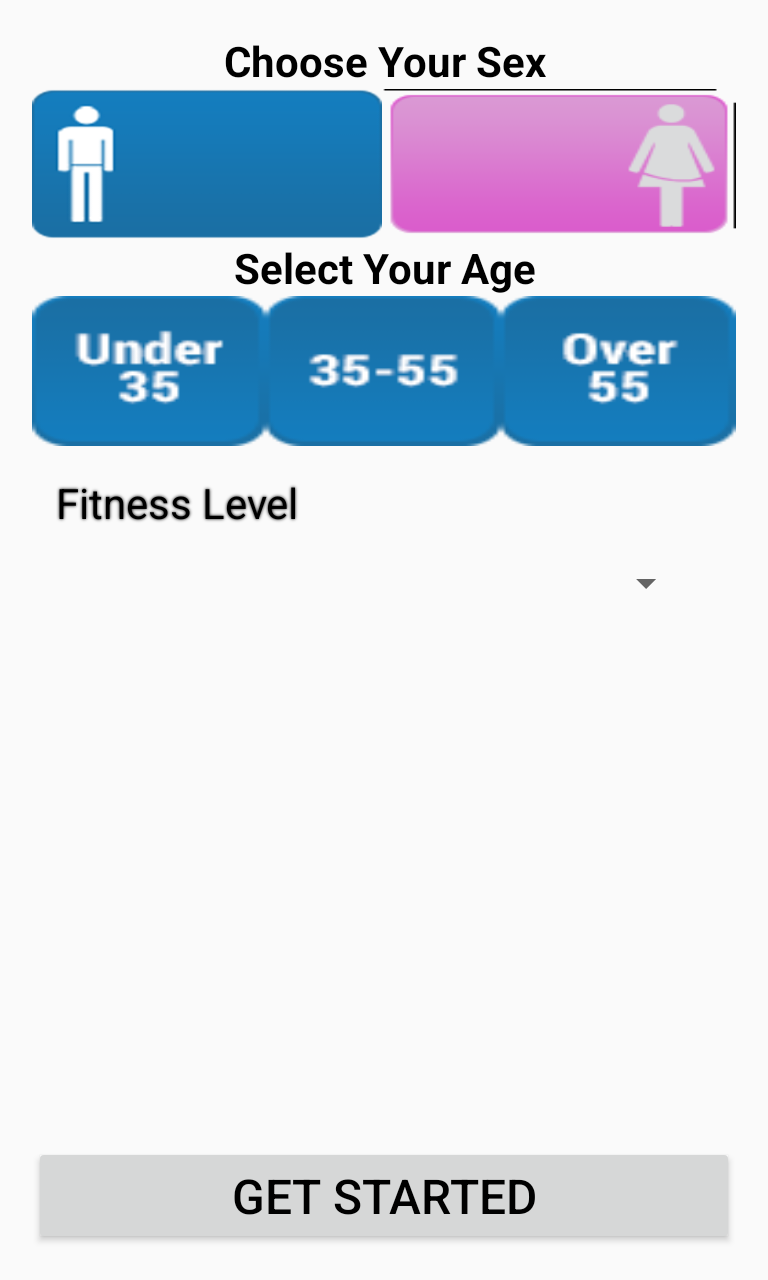
Repository: hackathon-2014/devdroid-repo
Layout: HealthyCompetition/res/layout/profile.xml
The author's editor kept a copy of each file at every save. The layout is drawn from the files as they stood at one save, then again after the next save.
It is drawn on a 768 x 1280 px phone screen (xhdpi) without system bars, with theme AppTheme; the app's code is not run.

Above is the layout before, as saved 2014-08-24 00:51:53.

### HealthyCompetition/res/layout/profile.xml
<RelativeLayout xmlns:android="http://schemas.android.com/apk/res/android"
    xmlns:tools="http://schemas.android.com/tools"
    android:layout_width="match_parent"
    android:layout_height="match_parent"
    android:orientation="vertical"
    android:paddingBottom="@dimen/activity_vertical_margin"
    android:paddingLeft="@dimen/activity_horizontal_margin"
    android:paddingRight="@dimen/activity_horizontal_margin"
    android:paddingTop="@dimen/activity_vertical_margin"
    tools:context="com.devdroid.healthycomptest.Profile" >

    <TextView
        android:id="@+id/sex_title"
        android:layout_width="match_parent"
        android:layout_height="wrap_content"
        android:layout_centerHorizontal="true"
        android:gravity="center"
        android:text="Choose Your Sex"
        android:textColor="@color/black"
        android:textSize="21sp"
        android:textStyle="bold" />

    <LinearLayout
        android:id="@+id/sex_strip"
        android:layout_width="fill_parent"
        android:layout_height="wrap_content"
        android:layout_below="@+id/sex_title"
        android:orientation="horizontal" >

        <ImageButton
            android:id="@+id/male_button"
            android:layout_width="wrap_content"
            android:layout_height="75dp"
            android:layout_weight="1"
            android:background="@drawable/male_button" />

        <ImageButton
            android:id="@+id/female_button"
            android:layout_width="wrap_content"
            android:layout_height="75dp"
            android:layout_weight="1"
            android:background="@drawable/female_button_inactive9" />
    </LinearLayout>

    <TextView
        android:id="@+id/age_title"
        android:layout_width="match_parent"
        android:layout_height="wrap_content"
        android:layout_below="@+id/sex_strip"
        android:layout_centerHorizontal="true"
        android:gravity="center"
        android:text="Select Your Age"
        android:textColor="@color/black"
        android:textSize="21sp"
        android:textStyle="bold" />

    <LinearLayout
        android:id="@+id/age_strip"
        android:layout_width="fill_parent"
        android:layout_height="wrap_content"
        android:layout_below="@+id/age_title"
        android:orientation="horizontal" >

        <ImageButton
            android:id="@+id/low_age_button"
            android:layout_width="wrap_content"
            android:layout_height="75dp"
            android:layout_weight="1"
            android:background="@drawable/under35selected" />

        <ImageButton
            android:id="@+id/mid_age_button"
            android:layout_width="wrap_content"
            android:layout_height="75dp"
            android:layout_weight="1"
            android:background="@drawable/to55selected"/>

        <ImageButton
            android:id="@+id/high_age_button"
            android:layout_width="wrap_content"
            android:layout_height="75dp"
            android:layout_weight="1"
            android:background="@drawable/over55selected" />
    </LinearLayout>

   <LinearLayout
        android:id="@+id/fitnessLevelLayout"
        android:layout_width="match_parent"
        android:layout_height="wrap_content"
        android:layout_below="@+id/age_strip"
        android:layout_marginBottom="14dp"
        android:layout_marginLeft="12dp"
        android:layout_marginTop="14dp" >

        <TextView
            android:id="@+id/fitness_level"
            android:layout_width="wrap_content"
            android:layout_height="wrap_content"
            android:shadowColor="@color/black"
            android:shadowDx="0.0"
            android:shadowDy="0.0"
            android:shadowRadius="2.0"
            android:layout_gravity="center"
            android:text="Fitness Level"
            android:textColor="@color/black"
            android:textSize="21sp" />
    </LinearLayout>

    <Spinner
        android:id="@+id/fitnessSpinner"
        android:layout_width="match_parent"
        android:layout_height="wrap_content"
        android:layout_below="@+id/fitnessLevelLayout"
        android:layout_marginLeft="21dp"
        android:layout_marginRight="21dp"
        android:gravity="center"
        android:textSize="21sp" />

    <Button
        android:id="@+id/finalize_profile"
        android:layout_width="match_parent"
        android:layout_height="wrap_content"
        android:layout_alignParentBottom="true"
        android:text="Get Started"
        android:textColor="@color/black"
        android:textSize="24sp" />

</RelativeLayout>

### HealthyCompetition/res/values/color.xml
<?xml version="1.0" encoding="utf-8"?>
<resources>

    <color name="light_red">#C7282E</color>
    <color name="black">#000000</color>
    <color name="green">#00FF00</color>
    <color name="white">#FFFFFF</color>
    <color name="light_black">#101010</color>
    <color name="dark_gray">#303030</color>
    <color name="orange">#FFA114</color>
    <color name="dark_blue">#0F0CE8</color>
    <color name="med_blue">#007ACC</color>
    <color name="silver">#C2D6D6</color>
    <color name="gray">#999966</color>
    <color name="blue">#66FFFF</color>
    <color name="red">#FF0000</color>
    <color name="clear">#0000</color>
    <color name="clear_gray">#DD000000</color>

</resources>

Loaded but not shown: HealthyCompetition/res/values/styles.xml (common file); HealthyCompetition/res/values-v11/styles.xml (common file); HealthyCompetition/res/values-v14/styles.xml (common file); HealthyCompetition/res/values/dimens.xml (common file); HealthyCompetition/res/values-w820dp/dimens.xml (common file)

After the next save:
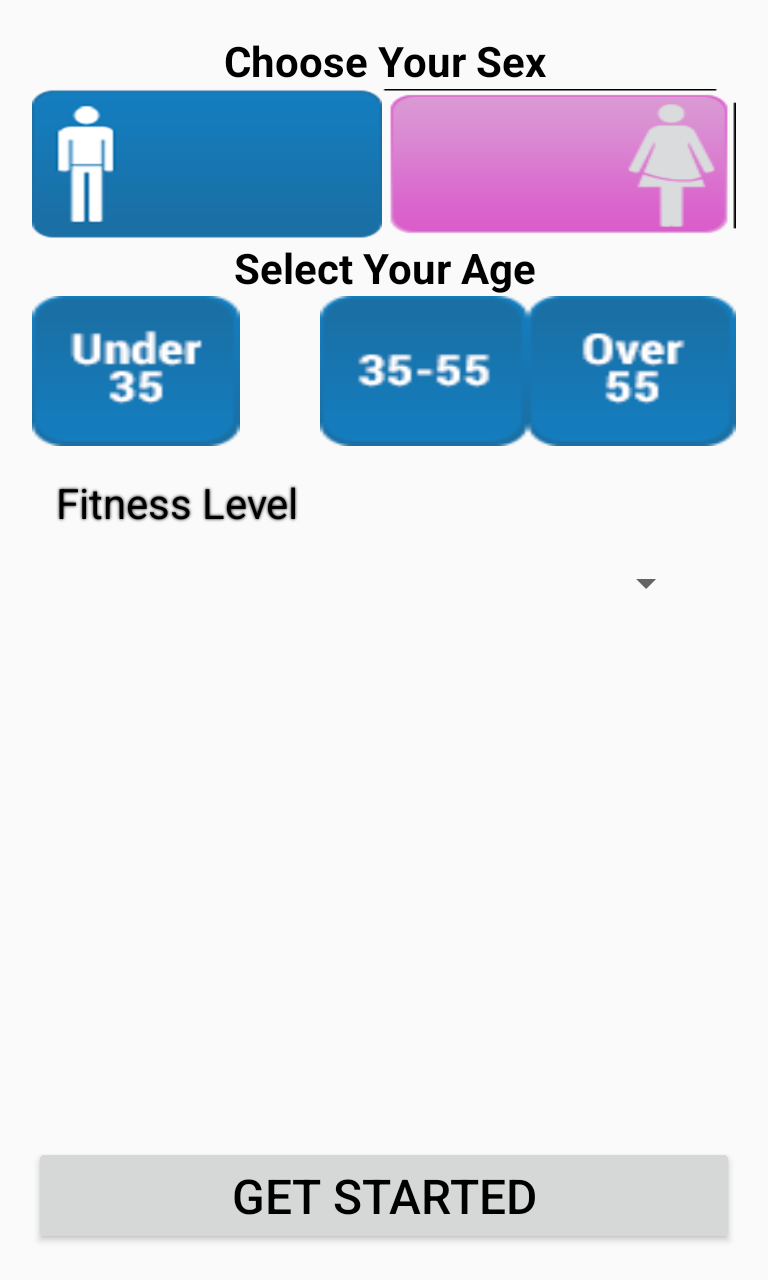
Saved 75 s later.
--- a/HealthyCompetition/res/layout/profile.xml
+++ b/HealthyCompetition/res/layout/profile.xml
@@ -59,13 +59,15 @@
         android:layout_width="fill_parent"
         android:layout_height="wrap_content"
         android:layout_below="@+id/age_title"
-        android:orientation="horizontal" >
+        android:orientation="horizontal"
+         >
 
         <ImageButton
             android:id="@+id/low_age_button"
             android:layout_width="wrap_content"
             android:layout_height="75dp"
             android:layout_weight="1"
+            android:layout_marginRight="40dp"
             android:background="@drawable/under35selected" />
 
         <ImageButton
